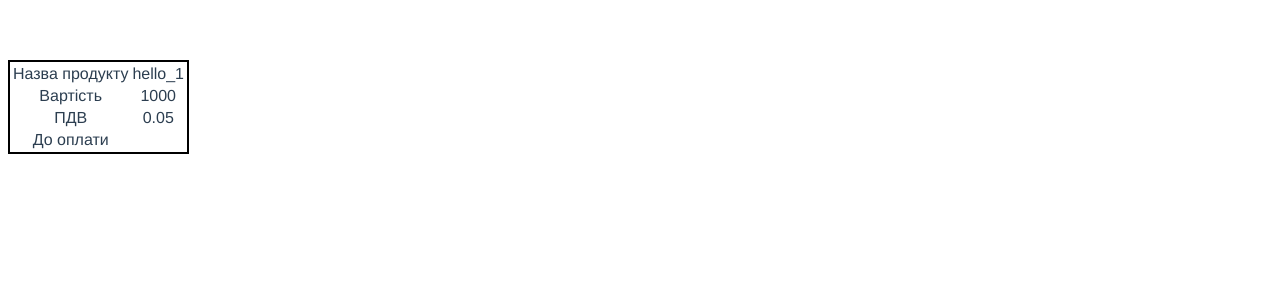
Repository: AnatoliyZaporozhets/HomeTask
Page: / (app in HomeWork_1/)
These files come from the project's save history. The page is drawn as it stood at one moment and after the next save; the edit follows.
The browser window is 1280 px wide. The pictures show the whole page.
The project was rebuilt for these pictures with package versions that can differ from the ones it lists, and the page was loaded fresh each time.

Above is the page before, as saved 2022-04-08 15:46:59.

After the next save:
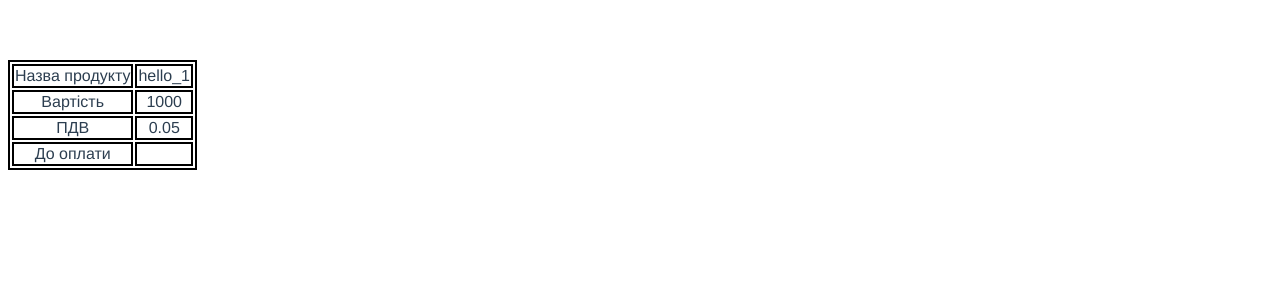
Saved 10 s later.
--- a/HomeWork_1/src/components/ProductsList/ProductCard/index.vue
+++ b/HomeWork_1/src/components/ProductsList/ProductCard/index.vue
@@ -46,7 +46,7 @@ export default {
 .container{
     border: 2px solid black;
 }
-tr{
+td{
   border: 2px solid black;
 }
 </style>
